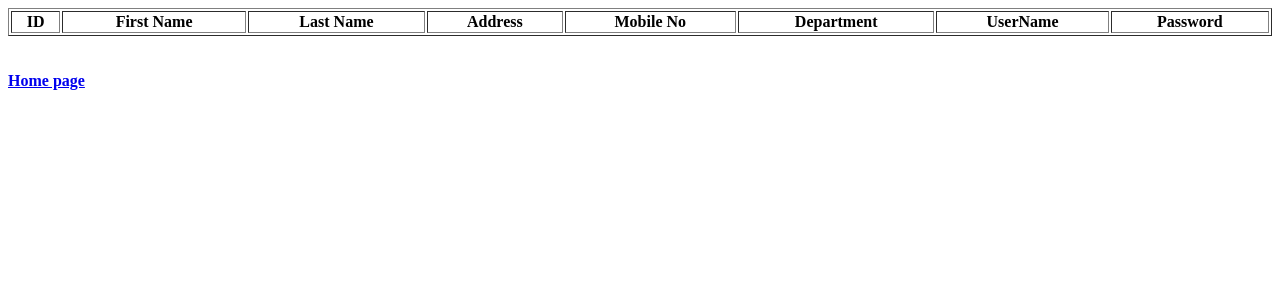
Repository: priyankamergu/MyAllProjects
Page: http://localhost/NewTrainingServlet/UserShow.jsp
An editor plug-in stored every save of this project. The page is shown before and after the next save, followed by the edit.
The browser window is 1280 px wide. The pictures show the whole page.
The page is served by Tomcat 9. Queries for data that is not in the repository find no rows.

Above is the page before, as saved 2019-11-10 15:36:33.

After the next save:
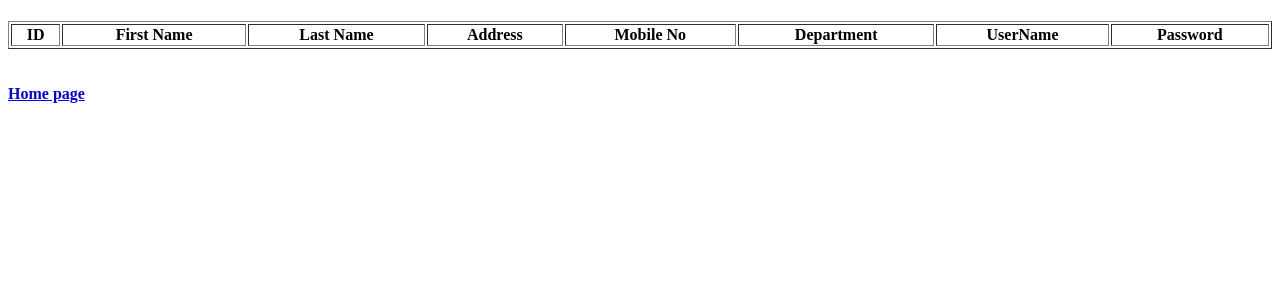
Saved 101 s later.
--- a/Workspace_JEE7_WEB/NewTrainingServlet/WebContent/UserShow.jsp
+++ b/Workspace_JEE7_WEB/NewTrainingServlet/WebContent/UserShow.jsp
@@ -14,7 +14,7 @@
 <sql:setDataSource var="user" driver="com.mysql.cj.jdbc.Driver"
 url="jdbc:mysql://localhost:3306/allianz?serverTimezone=UTC"
 user="root" password=""/>
-
+<h1></h1>
 <sql:query dataSource="${user}" var="result">
 SELECT * FROM registration;
 
